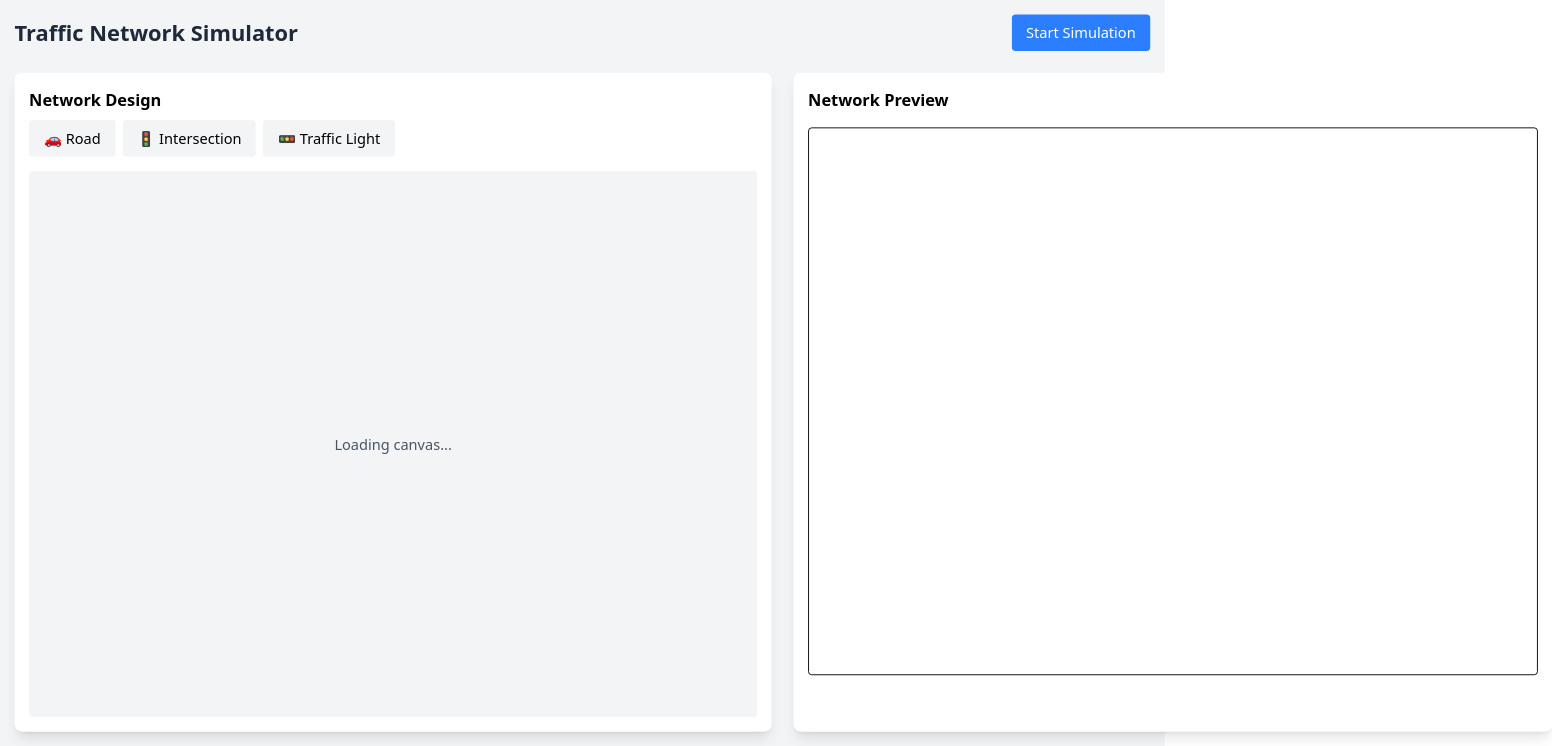
Repository: KooshaPari/NetWeave
Page: / (app in Fend/)
The author's editor kept a copy of each file at every save. The page is drawn from the files as they stood at one save, then again after the next save.
The browser window is 1280 px wide. The page is 1706 px wide, so the pictures cover 1706 px, including what lies to the right of the window. The pictures show the whole page, at 91% of full size.
The project was rebuilt for these pictures with package versions that can differ from the ones it lists, and the page was loaded fresh each time. The framework's server and built-in components were replaced by stand-ins that run in the browser. Also part of the build but not shown: Fend/svelte.config.js, Fend/vite.config.ts.

Above is the page before, as saved 2025-02-18 18:04:53.

### Fend/src/routes/+page.svelte
<script lang="ts">
	import { onMount } from 'svelte';
	import DrawingCanvas from '$lib/components/DrawingCanvas.svelte';
	import OutputCanvas from '$lib/components/OutputCanvas.svelte';
	import ToolPanel from '$lib/components/ToolPanel.svelte';
	import type { SimulationState } from '$lib/types';

	// Define available tool types to match DrawingCanvas's toolSettings
	type RoadToolType = 'highway' | 'mainRoad' | 'localRoad';
	type IntersectionToolType = 'roundabout' | 'signalizedIntersection' | 'slipRoad';
	type Tool = RoadToolType | IntersectionToolType;

	// Initialize with a valid tool value that exists in toolSettings
	let selectedTool: Tool = 'localRoad';
	let isSimulating = false;
	let simulationState: SimulationState | null = null;

	function toggleSimulation() {
		isSimulating = !isSimulating;
	}

	function handleDrawingUpdate(event: CustomEvent<{ canvas: string; roadData: any }>) {
		simulationState = {
			networkImage: event.detail.canvas,
			vehicles: [],
			trafficLights: [],
			timestamp: Date.now()
		};
	}
</script>

<div class="min-h-screen bg-gray-100">
	<main class="container mx-auto p-4">
		<!-- Header with controls -->
		<header class="mb-6 flex items-center justify-between">
			<h1 class="text-2xl font-bold text-gray-800">Traffic Network Simulator</h1>
			<div class="flex items-center gap-4">
				<button
					class="rounded bg-blue-500 px-4 py-2 text-white hover:bg-blue-600"
					on:click={toggleSimulation}
				>
					{isSimulating ? 'View Network' : 'Start Simulation'}
				</button>
			</div>
		</header>

		<!-- Main content area -->
		<div class="flex gap-6">
			<!-- Left panel: Drawing tools and input canvas -->
			<div class="flex-1 rounded-lg bg-white p-4 shadow-lg">
				<div class="mb-4">
					<h2 class="mb-2 text-lg font-semibold">Network Design</h2>
					<ToolPanel {selectedTool} on:toolSelect={(e) => (selectedTool = e.detail)} />
				</div>
				<DrawingCanvas {selectedTool} on:update={handleDrawingUpdate} />
			</div>

			<!-- Right panel: Output canvas (pre-sim render or simulation) -->
			<div class="flex-1 rounded-lg bg-white p-4 shadow-lg">
				<h2 class="mb-4 text-lg font-semibold">
					{isSimulating ? 'Traffic Simulation' : 'Network Preview'}
				</h2>
				<OutputCanvas {simulationState} {isSimulating} />
			</div>
		</div>
	</main>
</div>

### Fend/src/lib/components/DrawingCanvas.svelte
<script lang="ts">
	import { onMount, createEventDispatcher } from 'svelte';
	import { browser } from '$app/environment';
	import type { RoadType, IntersectionType } from '$lib/types';

	// Define the valid tool types
	type ToolCategory = 'road' | 'intersection' | 'trafficLight';
	type RoadToolType = keyof typeof roadTypes;
	type IntersectionToolType = keyof typeof intersectionTypes;
	export let selectedTool: RoadToolType | IntersectionToolType;

	const dispatch = createEventDispatcher<CanvasEvents>();
	let isLoading = true;
	let canvas: HTMLCanvasElement;
	let fabricCanvas: any = null;

	interface CanvasEvents {
		update: {
			canvas: string;
			roadData: any;
		};
	}
	const roadTypes = {
		highway: {
			name: 'Highway',
			color: '#505050',
			width: 40,
			style: {
				strokeWidth: 40,
				stroke: '#505050',
				strokeDashArray: [20, 10]
			}
		},
		mainRoad: {
			name: 'Main Road',
			color: '#454545',
			width: 30,
			style: {
				strokeWidth: 30,
				stroke: '#454545',
				strokeDashArray: [15, 10]
			}
		},
		localRoad: {
			name: 'Local Road',
			color: '#383838',
			width: 20,
			style: {
				strokeWidth: 20,
				stroke: '#383838',
				strokeDashArray: [5, 5]
			}
		}
	};
	const intersectionTypes = {
		roundabout: {
			name: 'Roundabout',
			radius: 40,
			capacity: 2000,
			entries: 4,
			type: 'roundabout',
			style: {
				fill: '#454545',
				stroke: '#FFFFFF',
				strokeWidth: 2
			},
			trafficRules: {
				yieldBehavior: 'yield',
				mergeAngle: 30,
				priorityRoads: false
			}
		},
		signalizedIntersection: {
			name: 'Signalized Intersection',
			radius: 30,
			capacity: 1500,
			entries: 4,
			type: 'signalized',
			style: {
				fill: '#404040',
				stroke: '#FFFFFF',
				strokeWidth: 2
			},
			trafficRules: {
				yieldBehavior: 'signal',
				mergeAngle: 90,
				priorityRoads: true
			}
		},
		slipRoad: {
			name: 'Slip Road',
			radius: 25,
			capacity: 800,
			entries: 2,
			type: 'slip_road',
			style: {
				fill: '#383838',
				stroke: '#FFFFFF',
				strokeWidth: 1
			},
			trafficRules: {
				yieldBehavior: 'yield',
				mergeAngle: 15,
				priorityRoads: true
			}
		}
	} as const;
	const toolSettings = {
		// Road types
		highway: {
			...roadTypes.highway,
			category: 'road' as const
		},
		mainRoad: {
			...roadTypes.mainRoad,
			category: 'road' as const
		},
		localRoad: {
			...roadTypes.localRoad,
			category: 'road' as const
		},
		// Intersection types
		roundabout: {
			...intersectionTypes.roundabout,
			category: 'intersection' as const
		},
		signalizedIntersection: {
			...intersectionTypes.signalizedIntersection,
			category: 'intersection' as const
		},
		slipRoad: {
			...intersectionTypes.slipRoad,
			category: 'intersection' as const
		}
	} as const;
	let fabric: any = null;
	onMount(async () => {
		if (!browser) return;
		console.log('Loading fabric');
		try {
			console.log('Importing fabric');
			fabric = await import('fabric');
			console.log('Imported fabric');
			// Initialize canvas with proper configuration
			fabricCanvas = new fabric.Canvas(canvas, {
				backgroundColor: '#f8f9fa'
			});
			console.log('Creating fabric canvas');
			fabric.Object.prototype.noScaleCache = false;

			// Configure canvas settings
			console.log('Setting up canvas dimensions');
			fabricCanvas.setDimensions({
				width: 800,
				height: 600
			});
			console.log('Setting up canvas background color');
			//fabricCanvas.backgroundColor('#f8f9fa', fabricCanvas.renderAll.bind(fabricCanvas));
			console.log('Setting up canvas');
			// Set up initial drawing state
			initializeDrawingState(fabric);
			console.log('Initializing drawing state');
			addDefaultShapes(fabric);
			console.log('Adding default shapes');
			setupEventListeners();
			console.log('Canvas setup complete');
			isLoading = false;
		} catch (error) {
			console.error('Failed to initialize canvas:', error);
		}
	});

	function initializeDrawingState(fabric: any) {
		// Default to highway if tool doesn't match road type
		const currentRoad = roadTypes[selectedTool as keyof typeof roadTypes] || roadTypes.highway;

		fabricCanvas.isDrawingMode = true;
		const brush = new fabric.PencilBrush(fabricCanvas);
		brush.width = currentRoad.width;
		brush.color = currentRoad.color;
		brush.strokeDashArray = currentRoad.style.strokeDashArray;
		fabricCanvas.freeDrawingBrush = brush;
	}

	function addDefaultShapes(fabric: any) {
		// Add grid
		const gridSize = 20;
		const gridColor = '#e0e0e0';

		// Draw vertical grid lines
		for (let i = 0; i <= fabricCanvas.width; i += gridSize) {
			const line = new fabric.Line([i, 0, i, fabricCanvas.height], {
				stroke: gridColor,
				selectable: false,
				strokeUniform: true,
				strokeWidth: 1
			});
			fabricCanvas.add(line);
		}

		// Draw horizontal grid lines
		for (let i = 0; i <= fabricCanvas.height; i += gridSize) {
			const line = new fabric.Line([0, i, fabricCanvas.width, i], {
				stroke: gridColor,
				selectable: false,
				strokeUniform: true,
				strokeWidth: 1
			});
			fabricCanvas.add(line);
		}

		// Add default signalized intersection as placeholder
		const defaultIntersection = toolSettings.signalizedIntersection;
		const intersection = new fabric.Rect({
			left: 100,
			top: 100,
			fill: defaultIntersection.style.fill,
			width: defaultIntersection.radius * 2,
			height: defaultIntersection.radius * 2,
			strokeWidth: defaultIntersection.style.strokeWidth,
			stroke: defaultIntersection.style.stroke,
			rx: 10,
			ry: 10,
			hasControls: true,
			strokeUniform: true
		});
		fabricCanvas.add(intersection);
	}
	function updateConnectedRoads(intersection: any) {
		const connectedPaths = fabricCanvas.getObjects('path').filter((path: any) => {
			return path.intersectsWithObject(intersection);
		});

		connectedPaths.forEach((path: any) => {
			adjustRoadConnection(path, intersection);
		});
	}

	function adjustRoadConnection(road: any, intersection: any) {
		// Implement road connection logic based on intersection type
		const intersectionType = intersection.data.type;
		const roadType = road.data.type;

		switch (intersectionType) {
			case 'roundabout':
				adjustRoundaboutConnection(road, intersection);
				break;
			case 'signalized':
				adjustSignalizedConnection(road, intersection);
				break;
			case 'slip_road':
				adjustSlipRoadConnection(road, intersection);
				break;
		}
	}
	function adjustRoundaboutConnection(road: any, intersection: any) {
		console.log('Adjusting slip road connection', road, intersection);
	}
	function adjustSignalizedConnection(road: any, intersection: any) {
		console.log('Adjusting slip road connection', road, intersection);
	}
	function adjustSlipRoadConnection(road: any, intersection: any) {
		console.log('Adjusting slip road connection', road, intersection);
	}

	function setupEventListeners() {
		fabricCanvas.on('path:created', (e: any) => {
			const path = e.path;
			dispatch('update', {
				canvas: fabricCanvas.toDataURL(),
				roadData: path.data
			});
		});
		fabricCanvas.on('mouse:dblclick', handleIntersectionCreation);

		fabricCanvas.on('object:moving', (e: any) => {
			if (e.target.data?.type === 'roundabout') {
				updateConnectedRoads(e.target);
			}
		});
	}

	async function addLaneMarkers(path: any, roadType: RoadType) {
		const coords = path.path;
		if (!coords || coords.length < 2) return;

		// Create center line for two-way roads
		const centerLine = new fabric.Path(path.path, {
			stroke: '#FFFFFF',
			strokeWidth: 2,
			strokeDashArray: [10, 10],
			selectable: false
		});

		// Create lane dividers
		if (roadType.lanes > 1) {
			const laneWidth = roadType.width / roadType.lanes;
			for (let i = 1; i < roadType.lanes; i++) {
				const offset = i * laneWidth - roadType.width / 2;
				const laneDivider = new fabric.Path(path.path, {
					stroke: '#FFFFFF',
					strokeWidth: 1,
					strokeDashArray: [5, 5],
					selectable: false,
					objectCaching: false
				});
				fabricCanvas.add(laneDivider);
			}
		}

		fabricCanvas.add(centerLine);
		fabricCanvas.renderAll();
	}

	function createEntryPoint(fabric: any, config: IntersectionType, angle: number) {
		const length = 20;
		const x = config.radius * Math.cos((angle * Math.PI) / 180);
		const y = config.radius * Math.sin((angle * Math.PI) / 180);

		return new fabric.Line(
			[
				x,
				y,
				x + length * Math.cos((angle * Math.PI) / 180),
				y + length * Math.sin((angle * Math.PI) / 180)
			],
			{
				stroke: '#FFFFFF',
				strokeWidth: 2
			}
		);
	}

	function createTrafficLightPoint(fabric: any, config: IntersectionType, angle: number) {
		return new fabric.Circle({
			radius: 3,
			fill: '#FF0000',
			left: config.radius + config.radius * Math.cos((angle * Math.PI) / 180),
			top: config.radius + config.radius * Math.sin((angle * Math.PI) / 180)
		});
	}

	function addPedestrianCrossings(fabric: any, intersection: any, config: IntersectionType) {
		const crossingWidth = 10;
		const stripeCount = 6;

		for (let i = 0; i < 4; i++) {
			const group = new fabric.Group([], {
				left: i % 2 === 0 ? -crossingWidth : config.radius * 2,
				top: i < 2 ? 0 : config.radius * 2 - crossingWidth
			});

			for (let j = 0; j < stripeCount; j++) {
				const stripe = new fabric.Rect({
					left: j * (crossingWidth / stripeCount),
					top: 0,
					width: crossingWidth / stripeCount / 2,
					height: crossingWidth,
					fill: '#FFFFFF'
				});
				group.addWithUpdate(stripe);
			}

			intersection.addWithUpdate(group);
		}
	}
	function addRoundaboutElements(fabric: any, intersection: any, config: IntersectionType) {
		// Central circle
		const circle = new fabric.Circle({
			radius: config.radius,
			fill: config.style.fill,
			stroke: config.style.stroke,
			strokeWidth: config.style.strokeWidth
		});

		// Lane markings
		const innerCircle = new fabric.Circle({
			radius: config.radius - 15,
			fill: 'transparent',
			stroke: '#FFFFFF',
			strokeWidth: 1,
			strokeDashArray: [5, 5]
		});

		// Entry points
		for (let i = 0; i < config.entries; i++) {
			const angle = (i * 360) / config.entries;
			const entry = createEntryPoint(fabric, config, angle);
			intersection.addWithUpdate(entry);
		}

		intersection.addWithUpdate(circle);
		intersection.addWithUpdate(innerCircle);
	}

	function addSignalizedElements(fabric: any, intersection: any, config: IntersectionType) {
		// Create base intersection
		const base = new fabric.Rect({
			width: config.radius * 2,
			height: config.radius * 2,
			fill: config.style.fill,
			stroke: config.style.stroke,
			strokeWidth: config.style.strokeWidth
		});

		// Add traffic light points
		for (let i = 0; i < config.entries; i++) {
			const angle = i * 90;
			const light = createTrafficLightPoint(fabric, config, angle);
			intersection.addWithUpdate(light);
		}

		// Add pedestrian crossings
		addPedestrianCrossings(fabric, intersection, config);

		intersection.addWithUpdate(base);
	}

	function addSlipRoadElements(fabric: any, intersection: any, config: IntersectionType) {
		// Create curved slip road path
		const path = new fabric.Path('M 0 0 Q 50 0 50 50', {
			fill: 'transparent',
			stroke: config.style.fill,
			strokeWidth: config.style.strokeWidth
		});

		// Add yield markings
		const yieldLine = new fabric.Path('M 40 40 L 60 40', {
			stroke: '#FFFFFF',
			strokeWidth: 2,
			strokeDashArray: [5, 5]
		});

		intersection.addWithUpdate(path);
		intersection.addWithUpdate(yieldLine);
	}
	function createIntersection(
		fabric: any,
		intersectionType: IntersectionType,
		position: { x: number; y: number }
	) {
		const intersection = new fabric.Group([], {
			left: position.x,
			top: position.y,
			selectable: true,
			data: {
				type: intersectionType.type,
				capacity: intersectionType.capacity,
				trafficRules: intersectionType.trafficRules
			}
		});

		switch (intersectionType.type) {
			case 'roundabout':
				addRoundaboutElements(fabric, intersection, intersectionType);
				break;
			case 'signalized':
				addSignalizedElements(fabric, intersection, intersectionType);
				break;
			case 'slip_road':
				addSlipRoadElements(fabric, intersection, intersectionType);
				break;
		}

		return intersection;
	}
	function handleIntersectionCreation(e: any) {
		const pointer = fabricCanvas.getPointer(e);
		const intersectionType = intersectionTypes[selectedTool as keyof typeof intersectionTypes];

		if (intersectionType) {
			const intersection = createIntersection(fabric, intersectionType, {
				x: pointer.x,
				y: pointer.y
			});

			fabricCanvas.add(intersection);
			fabricCanvas.renderAll();
		}
	}
	async function updateBrush() {
		if (!fabricCanvas) return;

		const toolConfig = toolSettings[selectedTool];
		if (!toolConfig) return;

		if (toolConfig.category === 'road') {
			const brush = new fabric.PencilBrush(fabricCanvas);
			brush.width = toolConfig.width;
			brush.color = toolConfig.color;
			brush.strokeDashArray = toolConfig.style.strokeDashArray;
			fabricCanvas.freeDrawingBrush = brush;
		}
	}

	// Update your reactive statement
	$: if (fabricCanvas && selectedTool) {
		updateBrush();
	}

	function toggleUniform() {
		const activeObject = fabricCanvas.getActiveObject();
		if (!activeObject) return;

		if (activeObject.type === 'activeSelection') {
			activeObject.getObjects().forEach((obj: any) => {
				obj.set('strokeUniform', !obj.strokeUniform);
			});
		} else {
			activeObject.set('strokeUniform', !activeObject.strokeUniform);
		}
		fabricCanvas.requestRenderAll();
	}
	async function setupIntersection(e: any) {
		const pointer = fabricCanvas.getPointer(e);
		const intersectionType = intersectionTypes[selectedTool as keyof typeof intersectionTypes];

		if (intersectionType) {
			const intersection = createIntersection(fabric, intersectionType, {
				x: pointer.x,
				y: pointer.y
			});
			fabricCanvas.add(intersection);
			fabricCanvas.renderAll();
		}
	}

	$: if (fabricCanvas && selectedTool) {
		updateBrush();
	}
</script>

<div class="canvas-container">
	{#if isLoading}
		<div class="flex h-[600px] items-center justify-center rounded bg-gray-100">
			<span class="text-gray-600">Loading canvas...</span>
		</div>
	{:else}
		<canvas bind:this={canvas} class="rounded border border-gray-200 shadow-sm"></canvas>
	{/if}
</div>

<style>
	.canvas-container {
		width: 800px;
		height: 600px;
	}
</style>

### Fend/src/lib/components/OutputCanvas.svelte
<script lang="ts">
	import { onMount } from 'svelte';
	import type { SimulationState } from '$lib/types';

	export let simulationState: SimulationState | null = null;
	export let isSimulating: boolean = false;

	let canvas: HTMLCanvasElement;
	let ctx: CanvasRenderingContext2D;
	let animationFrame: number;

	onMount(() => {
		ctx = canvas.getContext('2d')!;

		if (isSimulating) {
			startSimulationLoop();
		}

		return () => {
			if (animationFrame) {
				cancelAnimationFrame(animationFrame);
			}
		};
	});

	$: if (ctx && isSimulating) {
		startSimulationLoop();
	} else if (ctx && !isSimulating) {
		stopSimulationLoop();
	}

	function startSimulationLoop() {
		const loop = () => {
			if (simulationState) {
				renderFrame(simulationState);
			}
			animationFrame = requestAnimationFrame(loop);
		};
		loop();
	}

	function stopSimulationLoop() {
		if (animationFrame) {
			cancelAnimationFrame(animationFrame);
		}

		if (simulationState) {
			renderNetwork(simulationState);
		}
	}

	function renderNetwork(state: SimulationState) {
		const img = new Image();
		img.onload = () => {
			ctx.clearRect(0, 0, canvas.width, canvas.height);
			ctx.drawImage(img, 0, 0);
		};
		img.src = state.networkImage;
	}

	function renderFrame(state: SimulationState) {
		ctx.clearRect(0, 0, canvas.width, canvas.height);

		const img = new Image();
		img.onload = () => {
			ctx.drawImage(img, 0, 0);

			state.vehicles.forEach((vehicle) => {
				ctx.fillStyle = '#4CAF50';
				ctx.beginPath();
				ctx.arc(vehicle.x, vehicle.y, 4, 0, Math.PI * 2);
				ctx.fill();
			});

			state.trafficLights.forEach((light) => {
				ctx.fillStyle = light.state === 'red' ? '#FF0000' : '#00FF00';
				ctx.beginPath();
				ctx.arc(light.x, light.y, 6, 0, Math.PI * 2);
				ctx.fill();
			});
		};
		img.src = state.networkImage;
	}
</script>

<canvas bind:this={canvas} width={800} height={600} class="rounded border" />

### Fend/src/lib/components/ToolPanel.svelte
<script lang="ts">
	import { createEventDispatcher } from 'svelte';

	type ToolType = 'road' | 'intersection' | 'trafficLight';
	export let selectedTool: ToolType;

	const dispatch = createEventDispatcher<{
		toolSelect: ToolType;
	}>();

	function handleToolSelect(tool: ToolType) {
		dispatch('toolSelect', tool);
	}
</script>

<div class="flex gap-2">
	<button
		class="flex items-center gap-2 rounded px-4 py-2 {selectedTool === 'road'
			? 'bg-blue-100'
			: 'bg-gray-100'}"
		on:click={() => handleToolSelect('road')}
	>
		🚗 Road
	</button>
	<button
		class="flex items-center gap-2 rounded px-4 py-2 {selectedTool === 'intersection'
			? 'bg-blue-100'
			: 'bg-gray-100'}"
		on:click={() => handleToolSelect('intersection')}
	>
		🚦 Intersection
	</button>
	<button
		class="flex items-center gap-2 rounded px-4 py-2 {selectedTool === 'trafficLight'
			? 'bg-blue-100'
			: 'bg-gray-100'}"
		on:click={() => handleToolSelect('trafficLight')}
	>
		🚥 Traffic Light
	</button>
</div>

Loaded but not shown: Fend/src/app.html (common file); Fend/src/routes/+layout.svelte (common file); Fend/src/app.css (common file)

After the next save:
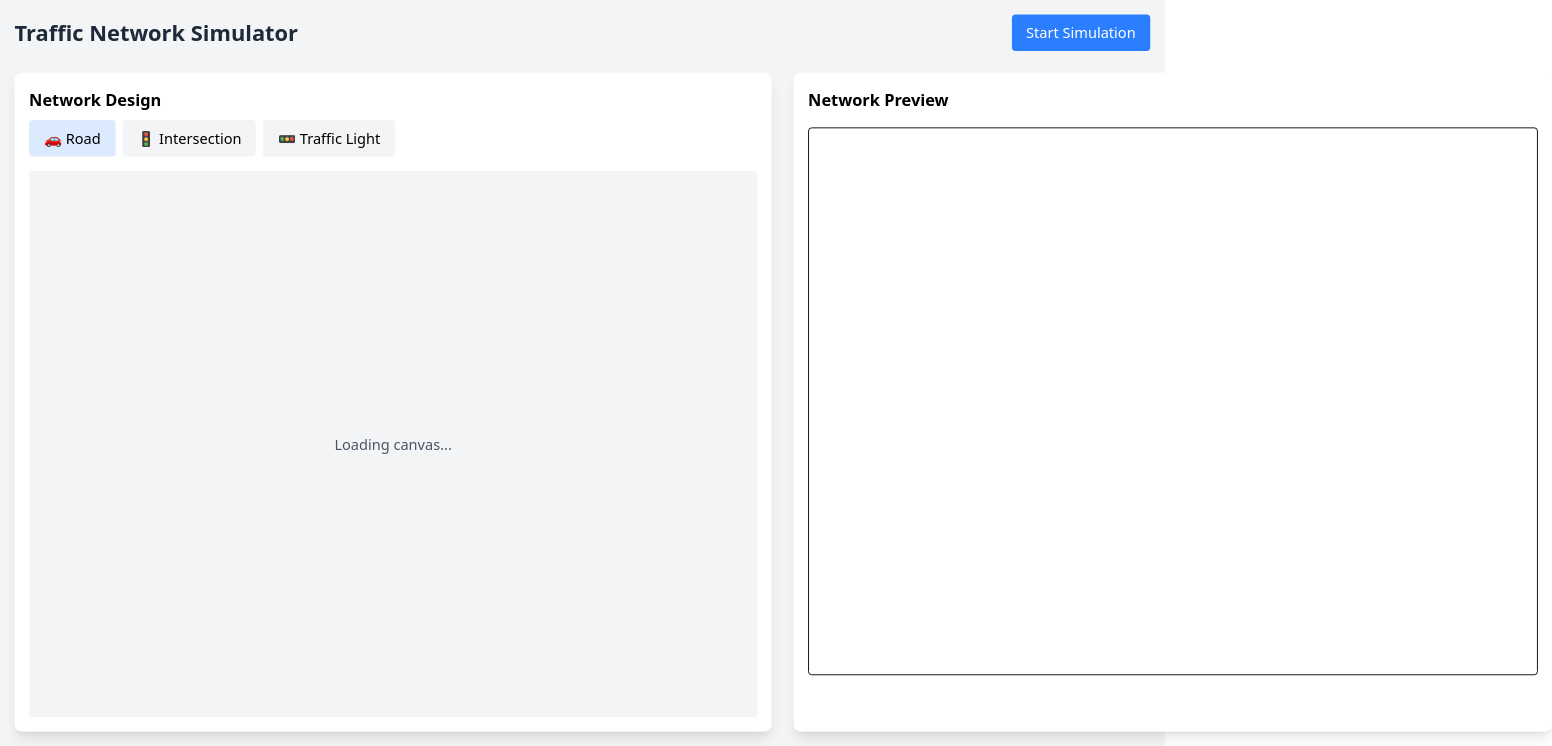
Saved 2 min 25 s later.
--- a/Fend/src/routes/+page.svelte
+++ b/Fend/src/routes/+page.svelte
@@ -5,18 +5,39 @@
 	import ToolPanel from '$lib/components/ToolPanel.svelte';
 	import type { SimulationState } from '$lib/types';
 
-	// Define available tool types to match DrawingCanvas's toolSettings
-	type RoadToolType = 'highway' | 'mainRoad' | 'localRoad';
-	type IntersectionToolType = 'roundabout' | 'signalizedIntersection' | 'slipRoad';
-	type Tool = RoadToolType | IntersectionToolType;
+	// Define tool categories and specific tools
+	type ToolCategory = 'road' | 'intersection' | 'trafficLight';
+	type RoadType = 'highway' | 'mainRoad' | 'localRoad';
+	type IntersectionType = 'roundabout' | 'signalizedIntersection' | 'slipRoad';
 
-	// Initialize with a valid tool value that exists in toolSettings
-	let selectedTool: Tool = 'localRoad';
+	interface ToolState {
+		category: ToolCategory;
+		type: RoadType | IntersectionType | null;
+	}
+
+	// Initialize with a valid tool state
+	let toolState: ToolState = {
+		category: 'road',
+		type: 'localRoad'
+	};
+
 	let isSimulating = false;
 	let simulationState: SimulationState | null = null;
 
 	function toggleSimulation() {
 		isSimulating = !isSimulating;
+	}
+
+	function handleToolSelect(event: CustomEvent<ToolCategory>) {
+		toolState = {
+			category: event.detail,
+			type:
+				event.detail === 'road'
+					? 'localRoad'
+					: event.detail === 'intersection'
+						? 'roundabout'
+						: null
+		};
 	}
 
 	function handleDrawingUpdate(event: CustomEvent<{ canvas: string; roadData: any }>) {
@@ -50,9 +71,9 @@
 			<div class="flex-1 rounded-lg bg-white p-4 shadow-lg">
 				<div class="mb-4">
 					<h2 class="mb-2 text-lg font-semibold">Network Design</h2>
-					<ToolPanel {selectedTool} on:toolSelect={(e) => (selectedTool = e.detail)} />
+					<ToolPanel selectedTool={toolState.category} on:toolSelect={handleToolSelect} />
 				</div>
-				<DrawingCanvas {selectedTool} on:update={handleDrawingUpdate} />
+				<DrawingCanvas {toolState} on:update={handleDrawingUpdate} />
 			</div>
 
 			<!-- Right panel: Output canvas (pre-sim render or simulation) -->
